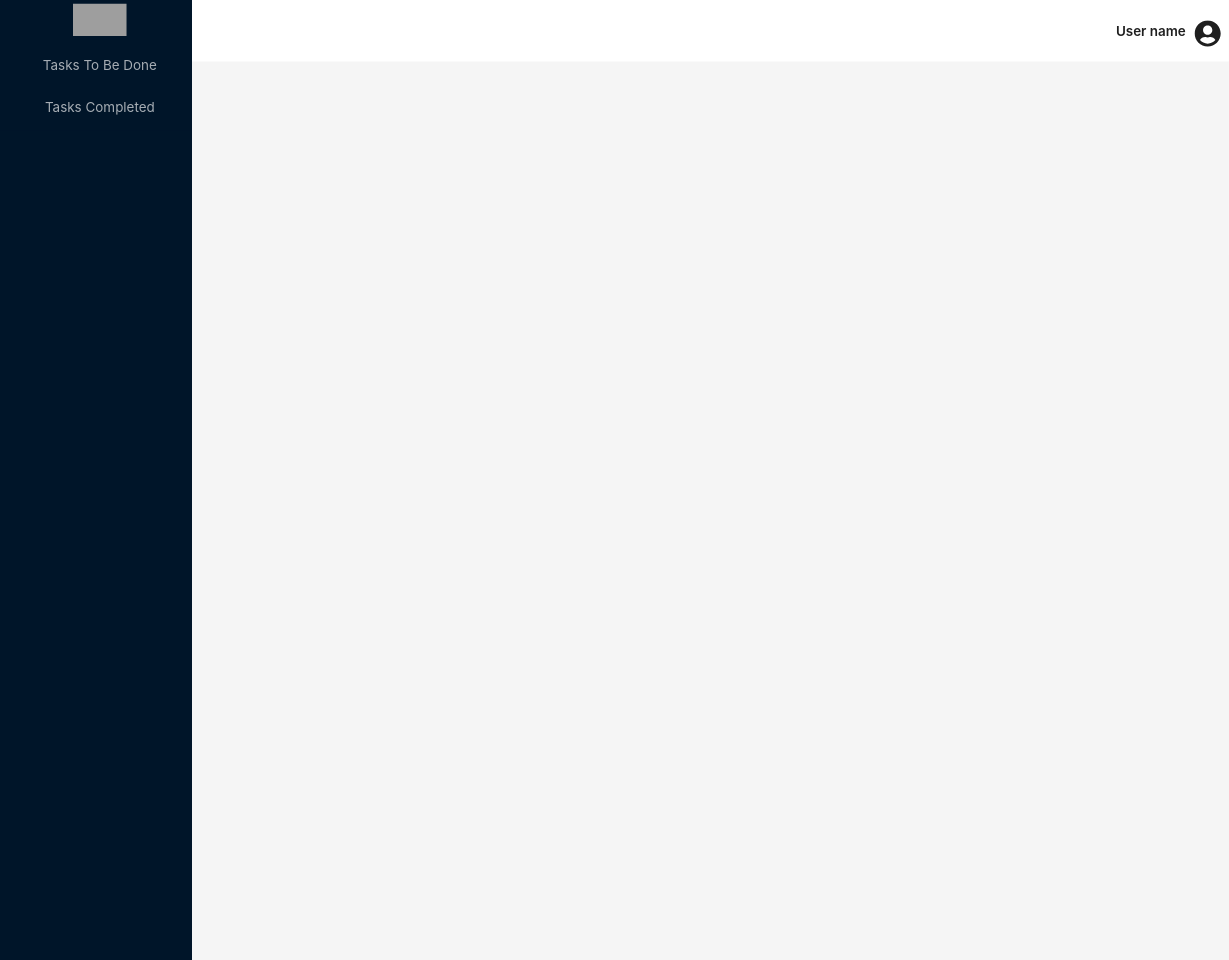
Repository: runner855/todolist_new
Page: /
An editor plug-in stored every save of this project. The page is shown before and after the next save, followed by the edit.
The browser window is 1280 px wide. The pictures show the whole page, at 96% of full size.
Pictures or frames that could not be fetched are drawn as grey boxes. The project was rebuilt for these pictures with package versions that can differ from the ones it lists, and the page was loaded fresh each time.

Above is the page before, as saved 2023-03-19 22:04:26.

After the next save:
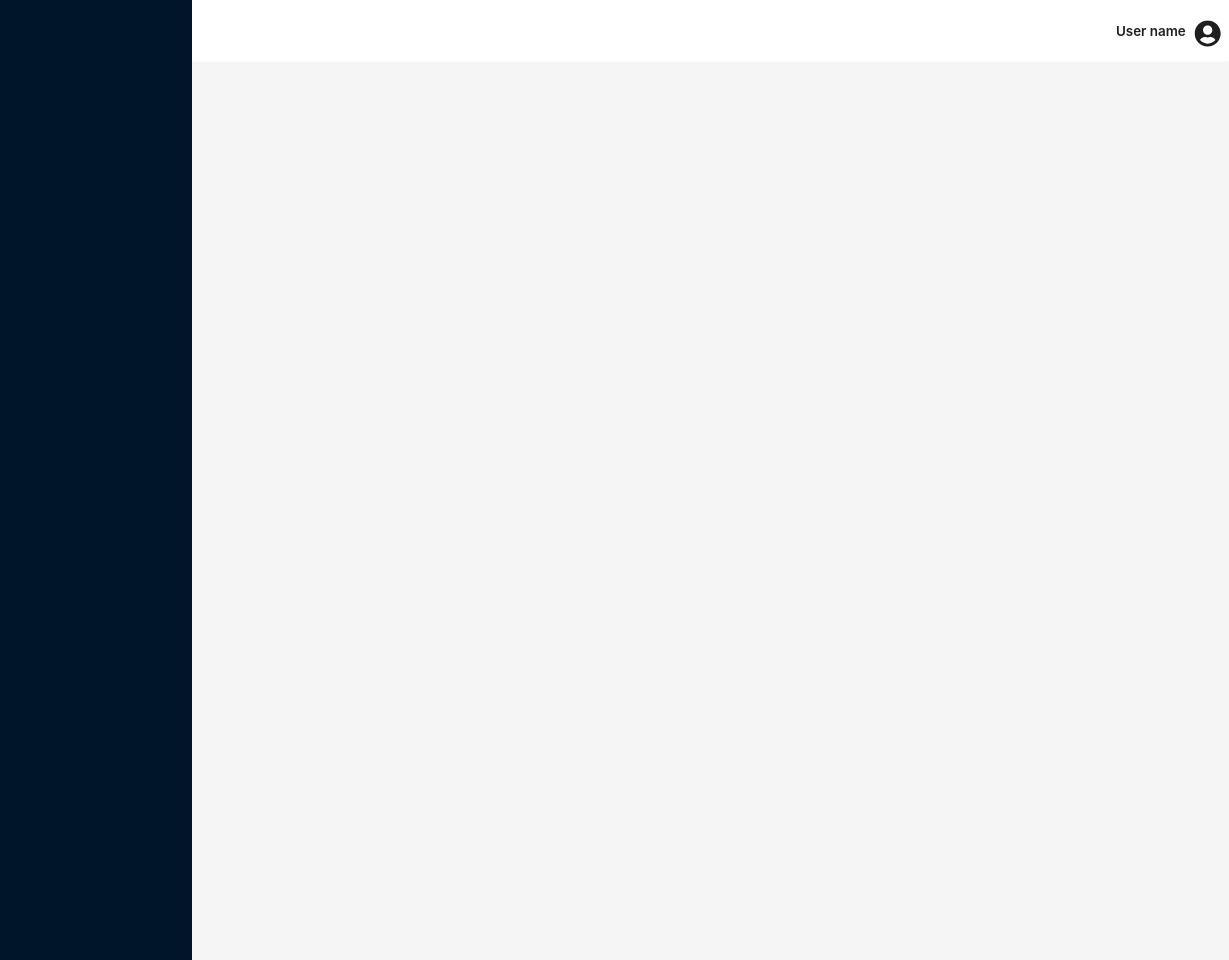
Saved 8 s later.
--- a/src/components/NavBar/NavBar.tsx
+++ b/src/components/NavBar/NavBar.tsx
@@ -28,7 +28,7 @@ export const NavBar = () => {
         }}
       >
         <div className="logo" />
-        <Menu
+        {/* <Menu
           theme="dark"
           mode="inline"
           items={PagesArray && PagesArray.map(
@@ -41,7 +41,7 @@ export const NavBar = () => {
           )}
 
 
-        />
+        /> */}
       </Sider>
       <Layout>
         <Header style={{ padding: 0, background: colorBgContainer }}>
